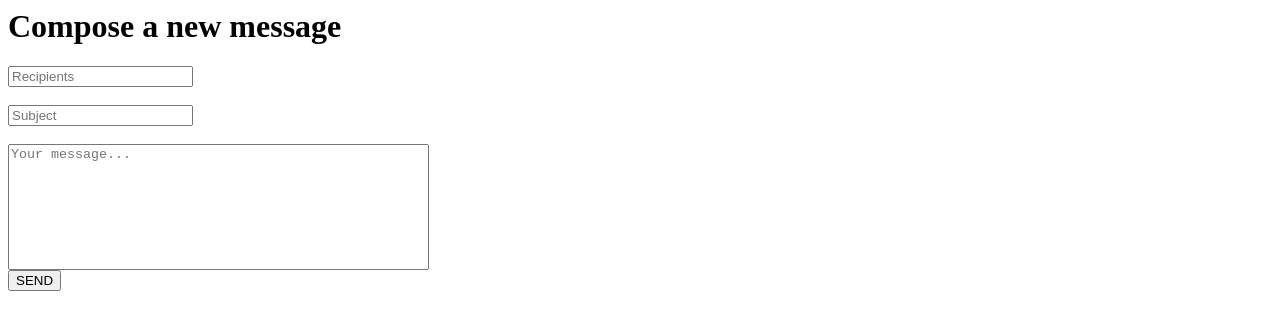
Repository: oforbes/CMail
Page: compose.html
The author's editor kept a record of every edit. The page is drawn from the files as they stood at one moment, then again after the next edit.
The browser window is 1280 px wide. The pictures show the whole page.

Above is the page before.

After the next edit:
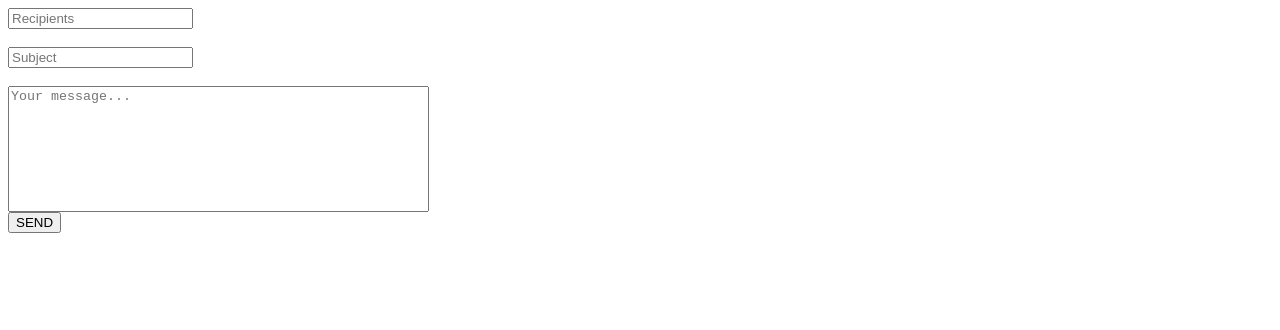
The edit:
--- a/compose.html
+++ b/compose.html
@@ -7,7 +7,7 @@
     </head>
 
     <body>
-        <h1>Compose a new message</h1>
+
         <form>
 
                     <input type="text" placeholder="Recipients" class="bxes"/><br><br>
